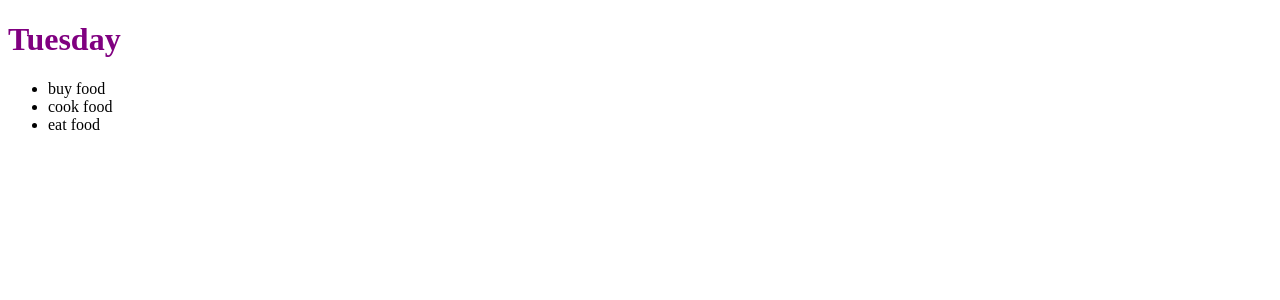
Repository: leyvamn2/todolist
Page: http://localhost/
These files come from the project's save history. The page is drawn as it stood at one moment and after the next save; the edit follows.
The browser window is 1280 px wide. The pictures show the whole page.
The page is served by the project's Node server (app.js).

Above is the page before, as saved 2022-08-18 19:06:37.

### views/list.ejs
<!DOCTYPE html>
<html lang="eng" dir="ltr">
    <head>
        <meta charset="utf-8">
        <title>To do List</title>
    </head>
    <body>

        <h1 style="color:purple"><%=kindOfDay %> </h1>
        <ul>
            <li>buy food</li>
            <li>cook food</li>
            <li>eat food </li>
        </ul>

    </body>
</html>

### app.js
//jshin esversion:7
const express=require("express");
const bodyParser= require("body-parser");



const app= express();
var days=["Sunday","Monday","Tuesday","Wednesday","Thursday","Friday","Saturday"]

app.set("view engine","ejs");
app.get("/",function(req,res){

    var today=new Date();
    var options={
        weekday:"long",
        day:"numeric",
        month: "long"
    };
    var currentDay=today.getDay();

    var day=today.toLocaleDateString("en-US");
    if(currentDay===6 || currentDay===0){
        //res.render('index'); sirve para eviar un archivo html

    }
    else{
        //day="weekday";
        //res.sendFile(__dirname + "/weekday.html");
        //console.log(__dirname + "/index.html");
        //res.write("<p>I have to work!</p>"); enviar varios textos
        //res.send(); esto sirve para crear directamente html
    }

    day=days[currentDay];
   res.render("list.ejs", { kindOfDay:day});
});

app.listen(3001,function(){
    console.log("Server on port 3000");

});

After the next save:
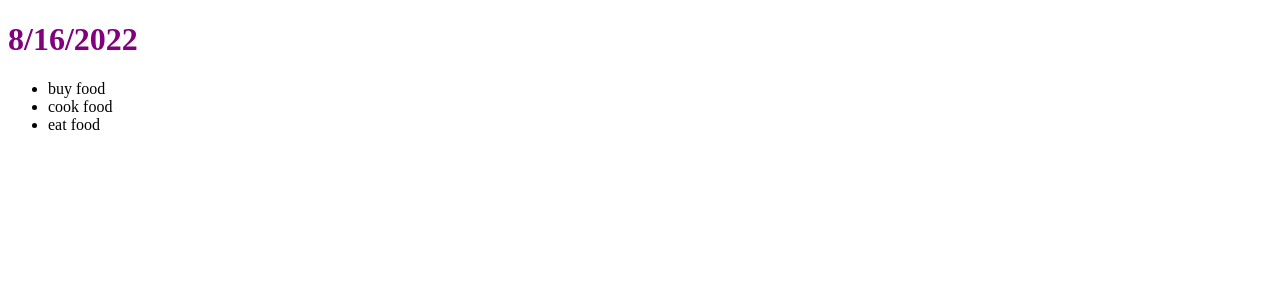
Saved 21 s later.
--- a/app.js
+++ b/app.js
@@ -31,7 +31,7 @@ app.get("/",function(req,res){
         //res.send(); esto sirve para crear directamente html
     }
 
-    day=days[currentDay];
+    //day=days[currentDay];
    res.render("list.ejs", { kindOfDay:day});
 });
 
